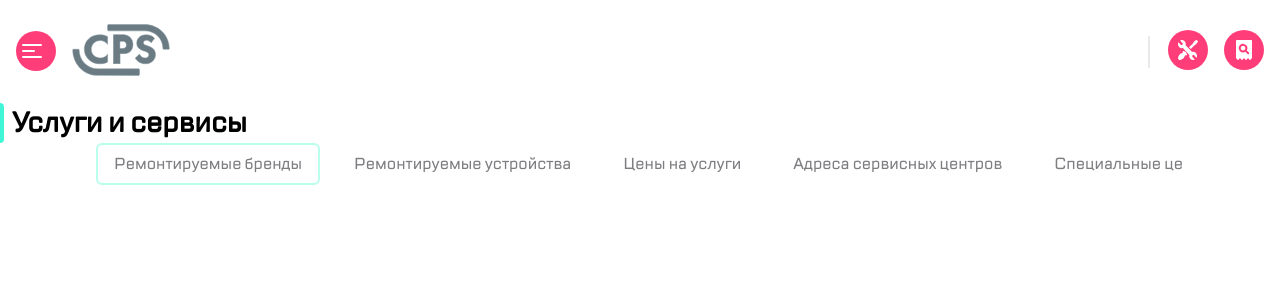
Repository: sem1103/bem
Page: index.html
An editor plug-in stored every save of this project. The page is shown before and after the next save, followed by the edit.
The browser window is 1280 px wide. The pictures show the whole page.

Above is the page before, as saved 2023-12-27 11:14:42.

After the next save:
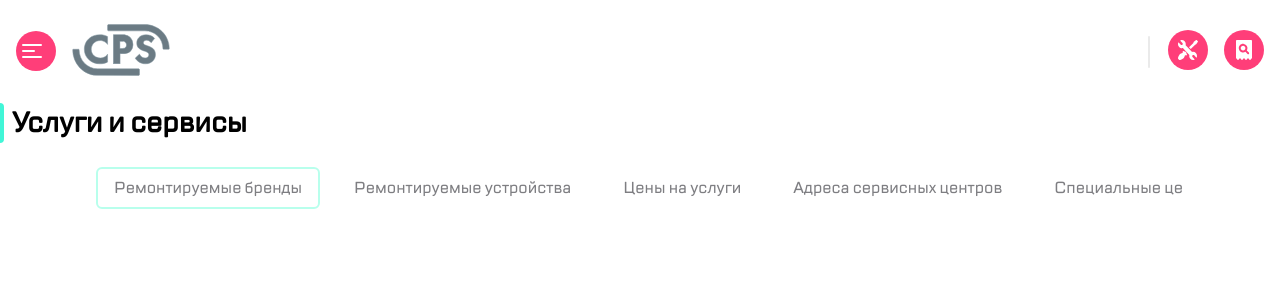
Saved 25 s later.
--- a/styles/main.css
+++ b/styles/main.css
@@ -98,6 +98,7 @@
     display: flex;
     overflow: auto;
     gap: 16px;
+    margin: 24px 0;
 }
 .navigation__item{
     color: #7E7E82;
